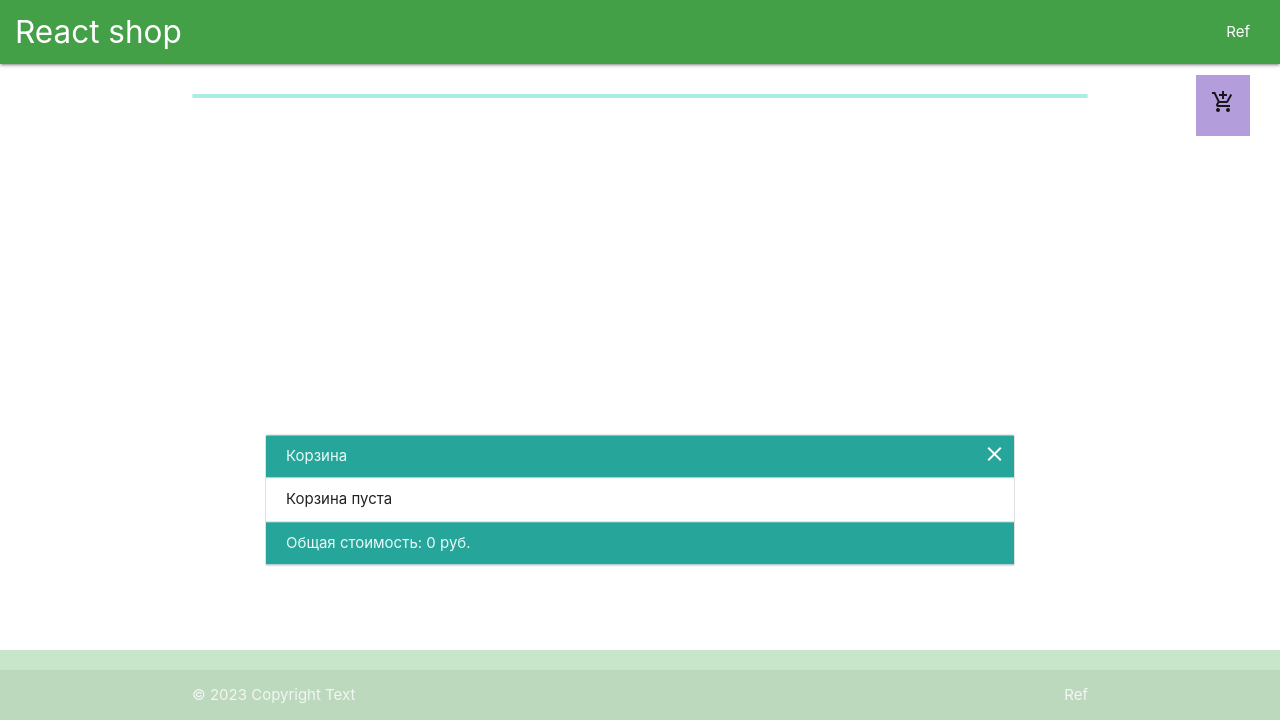
Repository: qui-qui-qui/online-shop
Page: /, after clicking the first element matching `div.cart`
These files come from the project's save history. The page is drawn as it stood at one moment and after the next save; the edit follows.
The browser window is 1280 px wide. The pictures show the whole page.
The page's requests for data from a server got no answer. The project was rebuilt for these pictures with package versions that can differ from the ones it lists, and the page was loaded fresh each time. No one was signed in, and anything a server would have sent is missing. Also part of the build but not shown: src/components/GoodsItem.jsx, src/components/GoodsList.jsx, src/components/BasketItem.jsx.

Above is the page before, as saved 2023-01-07 18:01:34.

After the next save:
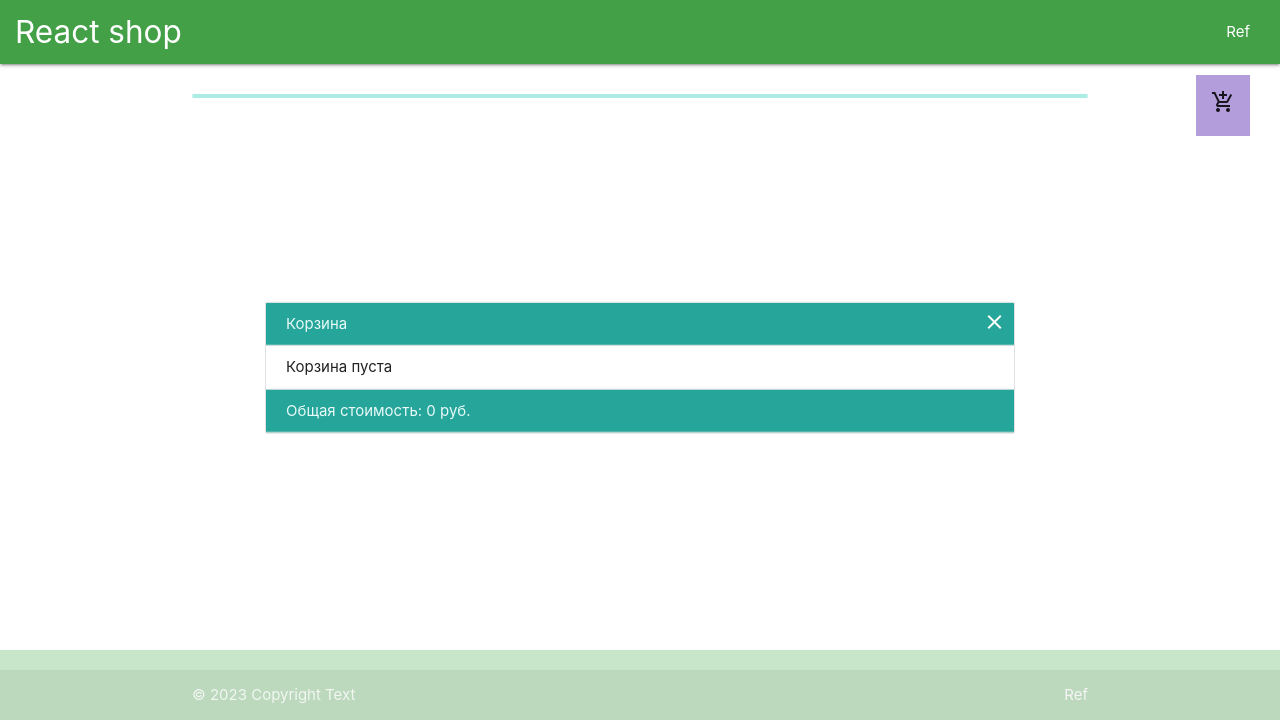
Saved 25 s later.
--- a/src/index.css
+++ b/src/index.css
@@ -52,7 +52,7 @@ nav {
   position: fixed;
   top: 50%;
   left: 50%;
-  transform: translate(-50%, 50%);
+  transform: translate(-50%, -50%);
 
   background-color: #fff;
   width: 50rem;
